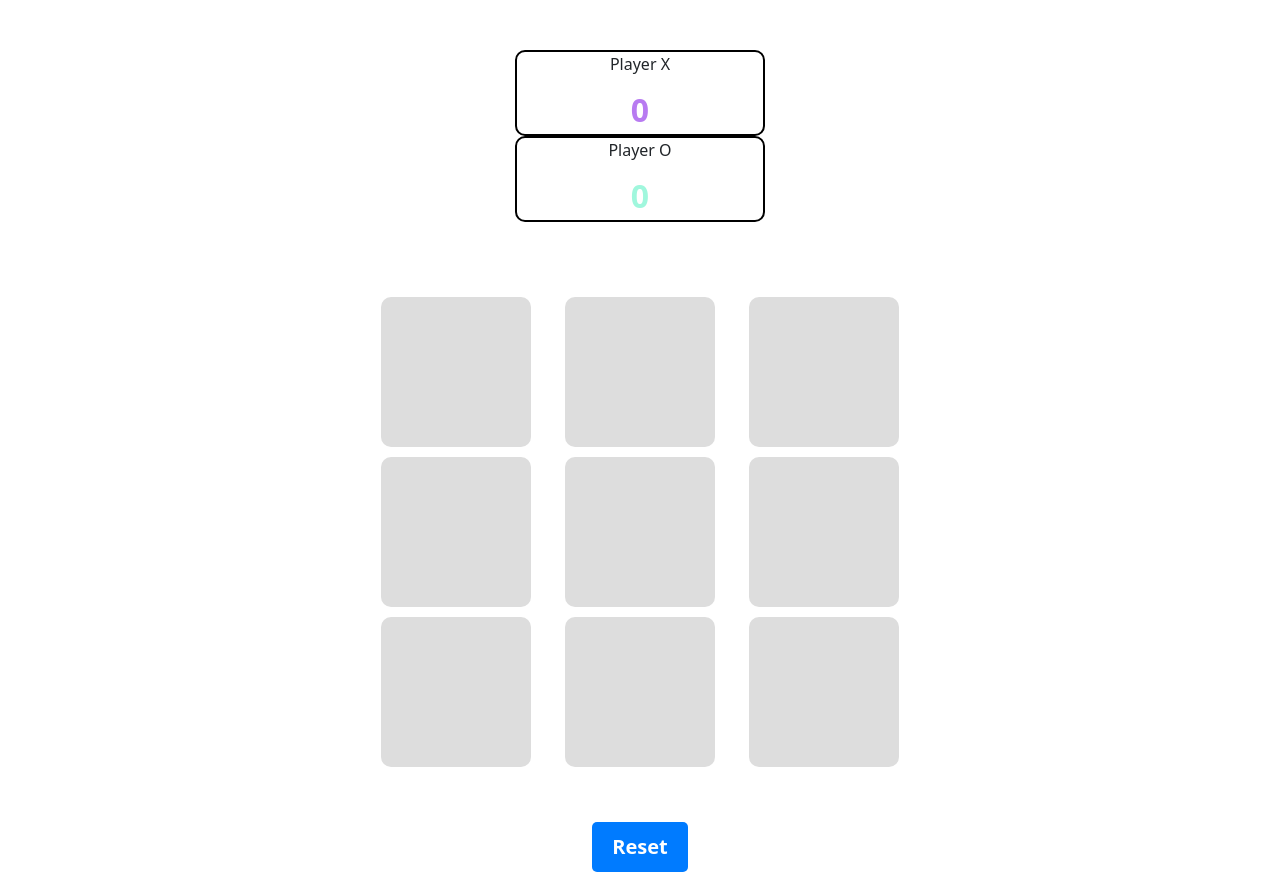
Repository: woodsdeshe/Tic-Tac-Toe
Page: index.html
An editor plug-in stored every save of this project. The page is shown before and after a run of saves, followed by the edit.
The browser window is 1280 px wide. The pictures show the whole page.

Above is the page before, as saved 2023-03-31 20:42:16.

### index.html
<!DOCTYPE html>
<html lang="en">
  <head>
    <meta charset="UTF-8" />
    <meta http-equiv="X-UA-Compatible" content="IE=edge" />
    <meta name="viewport" content="width=device-width, initial-scale=1.0" />
    <title>Tic Tac Toe | DeShe Woods</title>
    <link rel="stylesheet" href="styles.css" />
    <link
      href="https://cdn.jsdelivr.net/npm/bootstrap@5.3.0-alpha2/dist/css/bootstrap.min.css"
      rel="stylesheet"
      integrity="sha384-aFq/bzH65dt+w6FI2ooMVUpc+21e0SRygnTpmBvdBgSdnuTN7QbdgL+OapgHtvPp"
      crossorigin="anonymous"
    />
  </head>
  <body>
    <div class="container">
      <div class="row">
        <div class="col-12 scoreboard scoreboard-left">
          <div>Player X</div>
          <div class="score-x">0</div>
        </div>
        <div class="col-12 scoreboard scoreboard-right">
          <div>Player O</div>
          <div class="score-o">0</div>
        </div>
      </div>
      <div class="message"></div>
      <div class="container game-board">
        <div class="row">
          <div class="col-4">
            <div class="tile square-1"></div>
          </div>
          <div class="col-4">
            <div class="tile square-2"></div>
          </div>
          <div class="col-4">
            <div class="tile square-3"></div>
          </div>
        </div>
        <div class="row">
          <div class="col-4">
            <div class="tile square-4"></div>
          </div>
          <div class="col-4">
            <div class="tile square-5"></div>
          </div>
          <div class="col-4">
            <div class="tile square-6"></div>
          </div>
        </div>
        <div class="row">
          <div class="col-4">
            <div class="tile square-7"></div>
          </div>
          <div class="col-4">
            <div class="tile square-8"></div>
          </div>
          <div class="col-4">
            <div class="tile square-9"></div>
          </div>
        </div>
      </div>
      </div>
      <div class="reset">
        <button class="reset-btn">Reset</button>
      </div>
    </div>
    <script
      src="https://cdn.jsdelivr.net/npm/bootstrap@5.3.0-alpha2/dist/js/bootstrap.bundle.min.js"
      integrity="sha384-qKXV1j0HvMUeCBQ+QVp7JcfGl760yU08IQ+GpUo5hlbpg51QRiuqHAJz8+BrxE/N"
      crossorigin="anonymous"
    ></script>
    <script src="script.js"></script>
  </body>
</html>

### styles.css
.container {
  display: flex;
  flex-direction: column;
  align-items: center;
  margin-top: 50px;
}

.scoreboard {
    display: flex;
    flex-direction: column;
    align-items: center;
    border: 2px solid black;
    border-radius: 10px;
    width: 200px
    margin
}

.scoreboard-left {
    margin-right: 70px;
  }

.scoreboard-right {
  border-top-right-radius: 10px;
  border-bottom-right-radius: 10px;
}

.score-x{
    font-size: 48px;
  color: rgb(184, 123, 241);
}

.score-o {
    font-size: 48px;
  color: rgb(160, 247, 221);
}

.score-x,
.score-o {
  font-size: 2em;
  font-weight: bold;
  margin-top: 10px;
}

.message {
    font-size: 2em;
    margin-bottom: 20px;
  }

  .game-board {
    display: flex;
    justify-content: center;
  }

  .tile {
    width: 150px;
    height: 150px;
    background-color: #ddd;
    margin: 5px;
    border-radius: 10px;
    display: flex;
    justify-content: center;
    align-items: center;
    font-size: 50px;
    font-weight: bold;
    cursor: pointer;
  }

  .reset {
    text-align: center;
    margin-top: 50px;
  }


  .reset-btn {
    font-size: 20px;
    font-weight: bold;
    padding: 10px 20px;
    background-color: #007bff;
    color: white;
    border-radius: 5px;
    border: none;
    cursor: pointer;
  }

@media (max-width: 767px) {
  .scoreboard {
    margin-bottom: 20px;
  }
}

### script.js
// Variables that access the squares, reset button, scoreboards , and messaging for the game that will stay constant
const gameBoard = document.querySelector(".game-board");
const resetBtn = document.querySelector(".reset-btn");
const scoreboardX = document.querySelector(".score-x");
const scoreboardO = document.querySelector(".score-o");
const message = document.querySelector(".message");
const tile = document.querySelectorAll(".tile");

// Variables that access the current player, game over, X and O scores that will change based on conditions of the game
let currentPlayer = "X";
let gameOver = false;
let xScore = 0;
let oScore = 0;

// This event listener will check to see if the tiles are empty and will fill them with the symbol of the current player

gameBoard.addEventListener("click", (event) => {
  event.preventDefault();

  //This if statement checks to see if the game is over before allowing the players to continue playing. If gameOver is true, then the board becomes unclickable
  if (gameOver) {
    return;
  }

  // This variable will hold the square that gets clicked using the .target property
  const square = event.target;

  // Checks to see if the square contains a class of tile and the square is empty. If it's empty then the square will contain a symbol and alternate the symbol according to the current player
  if (square.classList.contains("tile") && square.textContent === "") {
    square.textContent = currentPlayer;

    //Updates the message variable to show who's turn it is on the screen
    message.textContent = `It's ${currentPlayer} turn`;

    currentPlayer = currentPlayer === "X" ? "O" : "X";
  }

  //Calls the checkForWinner function after each turn to see if a player has won
  checkForWinner();
});

// Check to see if the tiles contain a winning play of a specific player
function currentPlay(plays, player) {
  // The .every method checks through every tile within the player array that checks to see if they contain the current players symbol with a boolean "true" or "false"
  return plays.every((tile) => {
    tileElement = document.querySelector(`.square-${tile}`);
    return tileElement.textContent === player;
  });
}

// This function will check to see which player has the winning set after each move
function checkForWinner() {
  // Nested arrays that show all the winning plays that are needed to win
  const winningPlays = [
    [1, 2, 3],
    [4, 5, 6],
    [7, 8, 9],
    [1, 4, 7],
    [2, 5, 8],
    [3, 6, 9],
    [1, 5, 9],
    [3, 5, 7],
  ];

  // Loops through each array within "winingPlays" and stores the values in the variable "plays"
  for (let i = 0; i < winningPlays.length; i++) {
    const plays = winningPlays[i];

    // Create if/else conditions that will check to see if the current player has a winning play thats in 'winningPlays', if no one wins, it calls the "itsATie" function to alert the players that the game is over and prevents the players from continuing to play using th endGame function"
    if (currentPlay(plays, "X")) {
      xScore++;
      scoreboardX.textContent = xScore;
      message.textContent = "Player X Wins!";
      gameOver = true;
      endGame();
    } else if (currentPlay(plays, "O")) {
      oScore++;
      scoreboardO.textContent = oScore;
      message.textContent = "Player O Wins!";
      gameOver = true;
      endGame();
    } else if (itsATie()) {
      message.textContent = "Game over! It's a tie!!!";
      gameOver = true;
      endGame();
    }
  }

  // This function iterates through all the tiles on the board and checks to see if the board is full. If there isn't any empty tiles left, it returns true.
  function itsATie() {
    for (let i = 0; i < tile.length; i++) {
      if (tile[i].textContent === "") {
        return false;
      }
    }
    return true;
  }

  // This function iterates through all the tiles in the game and removes the gameBoard listener so that the board is no longer clickable when the game is over
  function endGame() {
    for (let i = 0; i < tile.length; i++) {
      tile[i].removeEventListener("click", handleClick);
    }
  }
}

//This function resets the game
function resetGame() {
  currentPlayer = "X";
  gameOver = false;
  message.textContent = `It's ${currentPlayer} turn`;
  scoreboardX.textContent = "0";
  scoreboardO.textContent = "0";
  xScore = 0;
  oScore = 0;


  // Clears the board by setting the text content of all tiles to an empty string
  tile.forEach((tile) => {
    tile.textContent = "";
  });

  // Add back the event listener to each tile so that they are clickable again
  tile.forEach((tile) => {
    tile.addEventListener("click", handleTileClick);
  });
}

resetBtn.addEventListener("click", () => {
  resetGame();
});

After the next 2 saves:
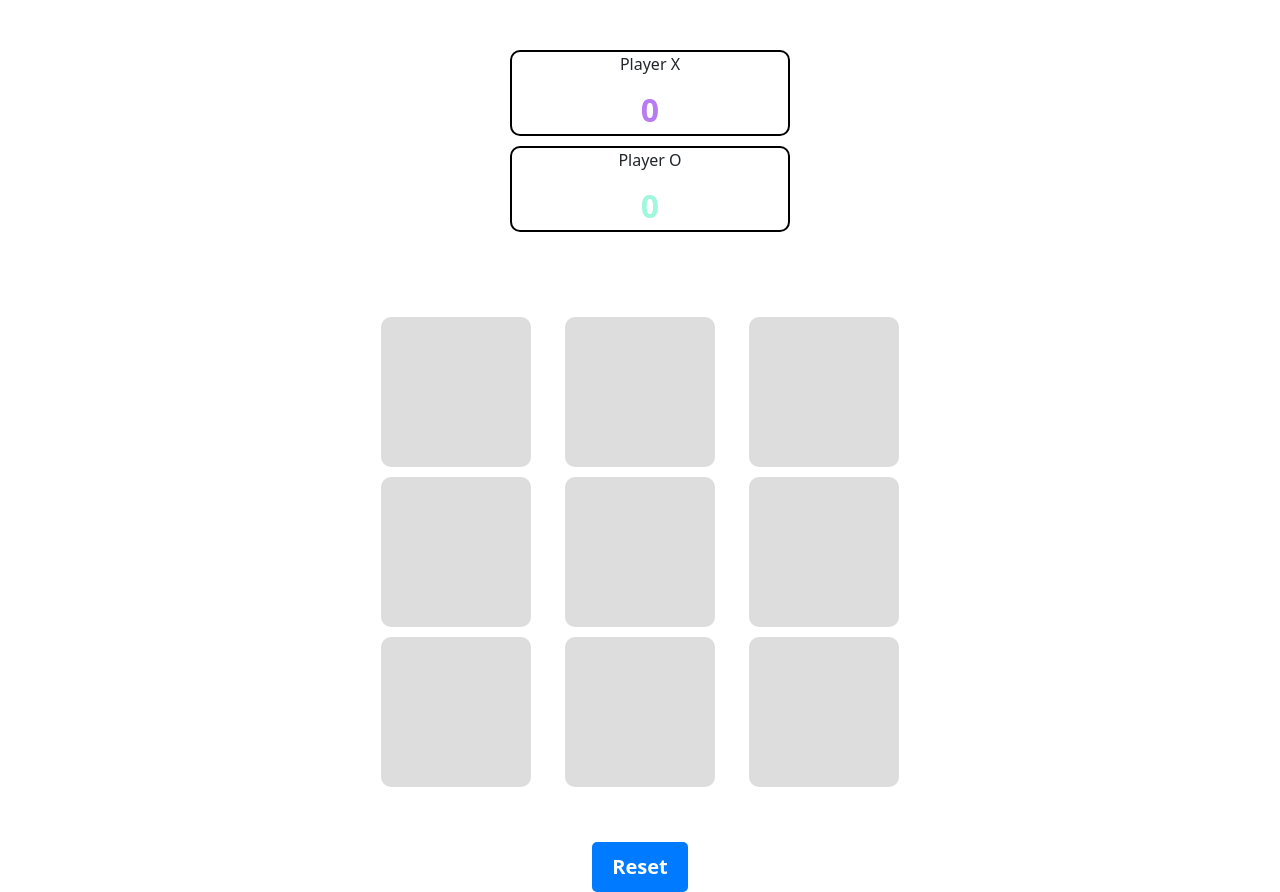
The 2 saves are shown as one change because they came seconds apart.
The last was saved 10 s later.
--- a/styles.css
+++ b/styles.css
@@ -11,8 +11,8 @@
     align-items: center;
     border: 2px solid black;
     border-radius: 10px;
-    width: 200px
-    margin
+    width: 200px;
+    margin: 10px
 }
 
 .scoreboard-left {

After the save that followed:
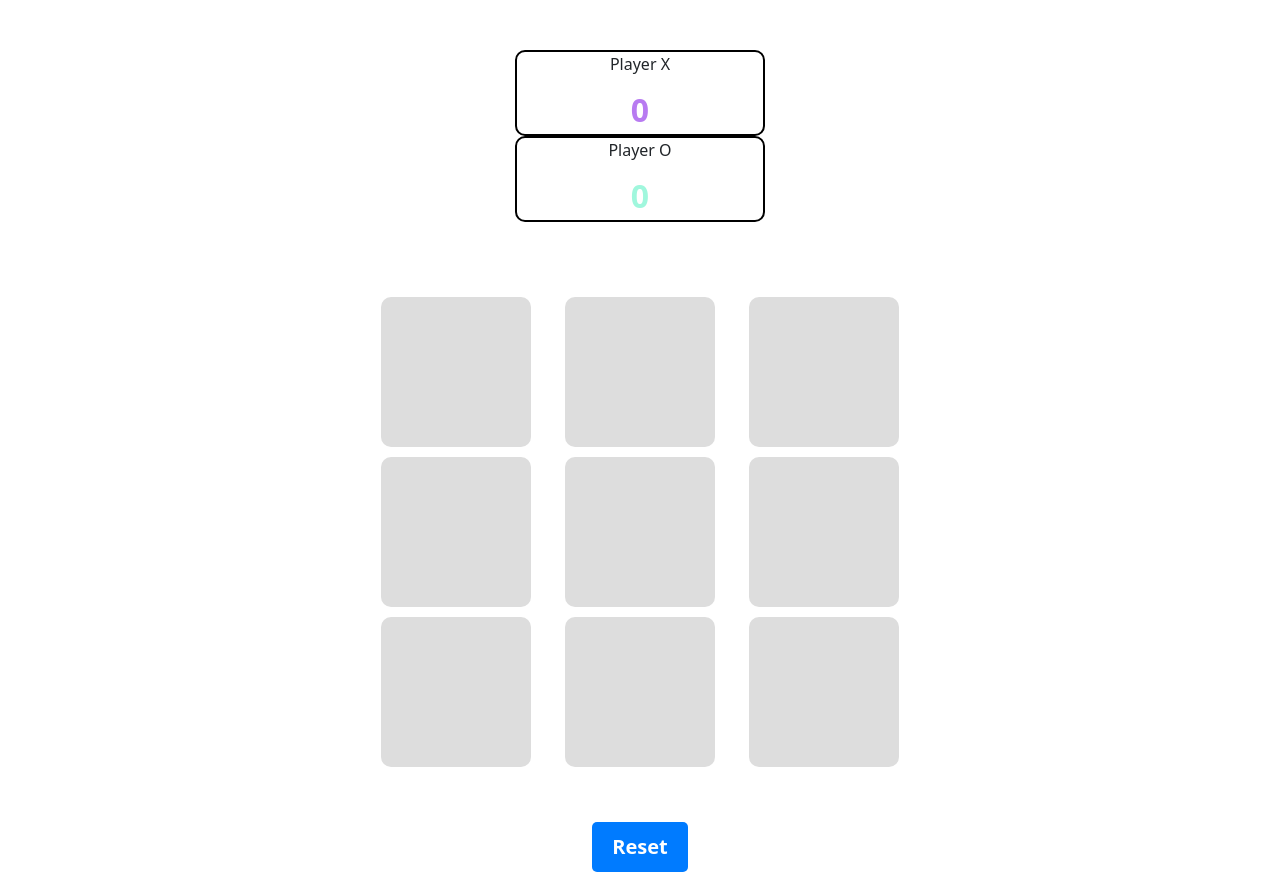
Saved 12 s later.
--- a/styles.css
+++ b/styles.css
@@ -12,7 +12,6 @@
     border: 2px solid black;
     border-radius: 10px;
     width: 200px;
-    margin: 10px
 }
 
 .scoreboard-left {
